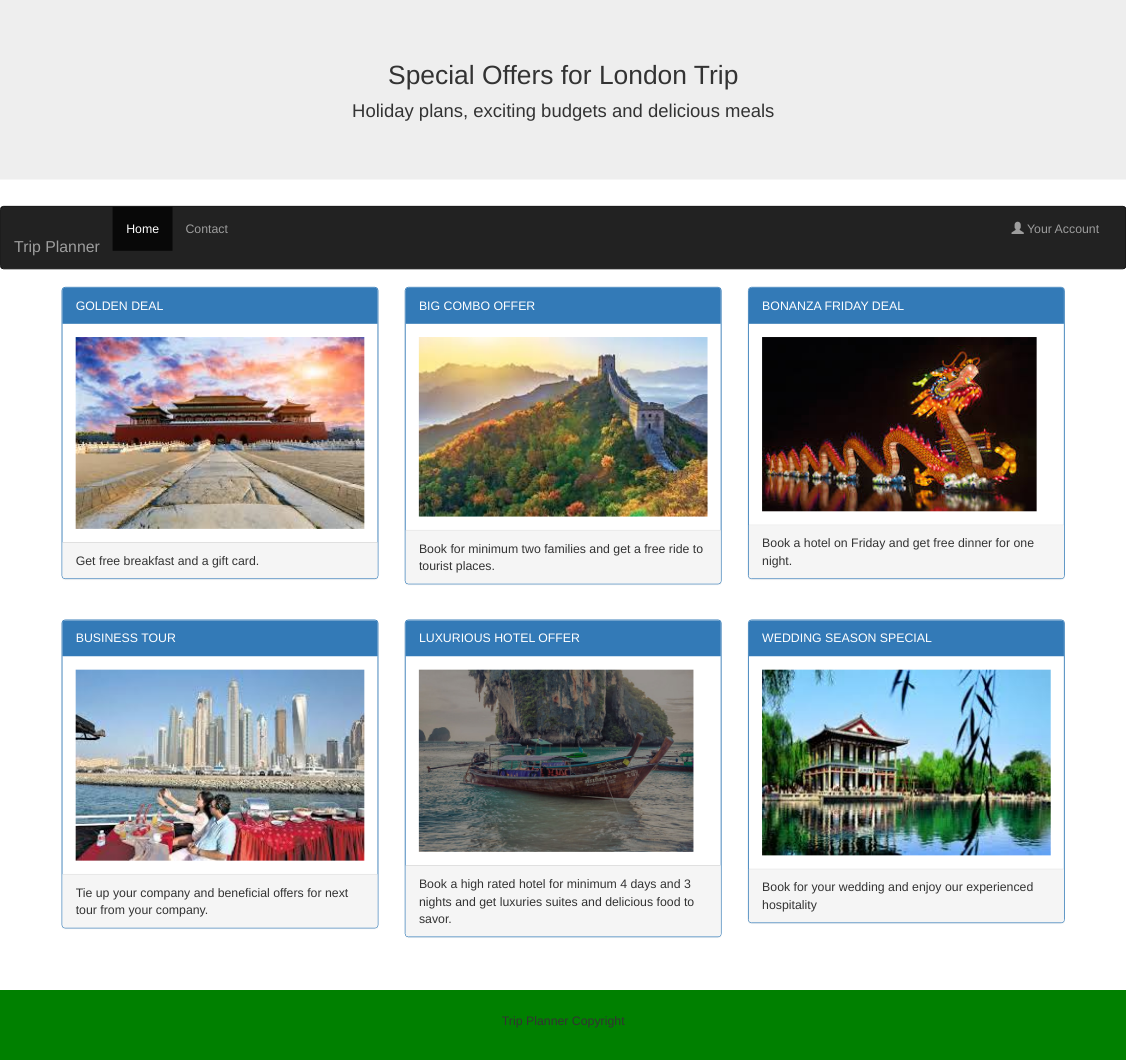
Repository: NanSin21/Mytourism-Website
Page: http://localhost/toursandtravelsmanagement/TripPlaces/CustomerChina.jsp
These files come from the project's save history. The page is drawn as it stood at one moment and after the next save; the edit follows.
The browser window is 1280 px wide. The pictures show the whole page, at 88% of full size.
The page is served by Tomcat 9. Other server files are loaded and not shown.

Above is the page before, as saved 2018-07-25 07:10:03.

### toursandtravelsmanagement/WebContent/TripPlaces/CustomerChina.jsp
<%@ page language="java" contentType="text/html; charset=ISO-8859-1"
    pageEncoding="ISO-8859-1"%>
<!DOCTYPE html PUBLIC "-//W3C//DTD HTML 4.01 Transitional//EN" "http://www.w3.org/TR/html4/loose.dtd">
<html>
<head>
<meta http-equiv="Content-Type" content="text/html; charset=ISO-8859-1">
<title>China Trip Package</title>
<!-- <meta charset="utf-8"> -->
  <meta name="viewport" content="width=device-width, initial-scale=1">
  <link rel="stylesheet" href="https://maxcdn.bootstrapcdn.com/bootstrap/3.3.7/css/bootstrap.min.css">
  <script src="https://ajax.googleapis.com/ajax/libs/jquery/3.3.1/jquery.min.js"></script>
  <script src="https://maxcdn.bootstrapcdn.com/bootstrap/3.3.7/js/bootstrap.min.js"></script>
  <style>
  .navbar{
  margin-nottom= 50px;
  border-radius= 0;
  }
  .jumbotron{
   margin-bottom= 0;
   }
   footer{
   background: green;
   padding: 25px;
   }
   </style>
</head>
<body>

<div class="jumbotron">
  <div class="container text-center">
   <h2>Special Offers for London Trip</h2>
     <p>Holiday plans, exciting budgets and delicious meals</p>
  </div>
</div>

<nav class="navbar navbar-inverse">
  <div class="container-fluid">
      <div class="navbar-header">
        <button type="button" class="navbar-toggle" data-toggle="collapse" data-target="#myNavbar">
        <span class="icon-bar"></span>
        <span class="icon-bar"></span>
        <span class="icon-bar"></span>
        </button>
        <h1><a class="navbar-brand" href="CustomerHome.jsp">Trip Planner</a></h1>
      </div>
      <div class="collapse navbar-collapse" id="myNavbar">
      <ul class="nav navbar-nav">
        <li class="active"><a href="TripPlaces/CustomerLondon.jsp">Home</a></li>
       <!--  <li><a href="registration.jsp">Register</a></li>
        <li><a href="login.jsp">Login</a></li> -->
        <li><a href="contact.jsp">Contact</a></li>
      </ul>
      <ul class="nav navbar-nav navbar-right">
        <li><a href="profile.jsp"><span class="glyphicon glyphicon-user"></span> Your Account</a></li>
       <!--  <li><a href="budget.html">Budget Details</a></li> -->
      <!--   <li><a href="#"><span class="glyphicon glyphicon-shopping-cart"></span> Cart</a></li> -->
      </ul>
    </div>
  </div>
</nav>


   <div class="container">
  <div class="row">
    <div class="col-sm-4">
      <div class="panel panel-primary">
        <div class="panel-heading">GOLDEN DEAL</div>
        <div class="panel-body"><img src="images/download.jpeg" class="img-responsive" style="width:100%" alt="Image"></div>
        <div class="panel-footer">Get free breakfast and a gift card.</div>
      </div>
    </div>
    <div class="col-sm-4">
      <div class="panel panel-primary">
        <div class="panel-heading">BIG COMBO OFFER</div>
        <div class="panel-body"><img src="images/download (1).jpeg" class="img-responsive" style="width:100%" alt="Image"></div>
        <div class="panel-footer">Book for minimum two families and get a free ride to tourist places.</div>
      </div>
    </div>
    <div class="col-sm-4">
      <div class="panel panel-primary">
        <div class="panel-heading">BONANZA FRIDAY DEAL</div>
        <div class="panel-body"><img src="images/download (2).jpeg" class="img-responsive" style="width:95%" alt="Image"></div>
        <div class="panel-footer">Book a hotel on Friday and get free dinner for one night.</div>
      </div>
    </div>
  </div>
</div><br>

<div class="container">
  <div class="row">
    <div class="col-sm-4">
      <div class="panel panel-primary">
        <div class="panel-heading">BUSINESS TOUR</div>
        <div class="panel-body"><img src="images/restaurant.jpeg" class="img-responsive" style="width:100%" alt="Image"></div>
        <div class="panel-footer">Tie up your company and beneficial offers for next tour from your company.</div>
      </div>
    </div>
    <div class="col-sm-4">
      <div class="panel panel-primary">
        <div class="panel-heading">LUXURIOUS HOTEL OFFER</div>
        <div class="panel-body"><img src="images/2.jpg" class="img-responsive" style="width:95%" alt="Image"></div>
        <div class="panel-footer">Book a high rated hotel for minimum 4 days and 3 nights and get luxuries suites and delicious food to savor.</div>
      </div>
    </div>
    <div class="col-sm-4">
      <div class="panel panel-primary">
        <div class="panel-heading">WEDDING SEASON SPECIAL</div>
        <div class="panel-body"><img src="images/resort.jpeg" class="img-responsive" style="width:100%" alt="Image"></div>
        <div class="panel-footer">Book for your wedding and enjoy our experienced hospitality</div>
      </div>
    </div>
  </div>
</div><br><br>

<footer class="container-fluid text-center">
  <p>Trip Planner Copyright</p>
 <!--  <form action="LoginServlet" method="post" class="form-inline">Get deals:
    <input type="email" class="form-control" size="50" name="email" placeholder="Email Address">
     <input type="password" placeholder="Enter Password" name="password" required>
    <button type="submit" class="btn btn-danger">Sign Up</button>
  </form> -->
</footer>
</body>
</html>

After the next save:
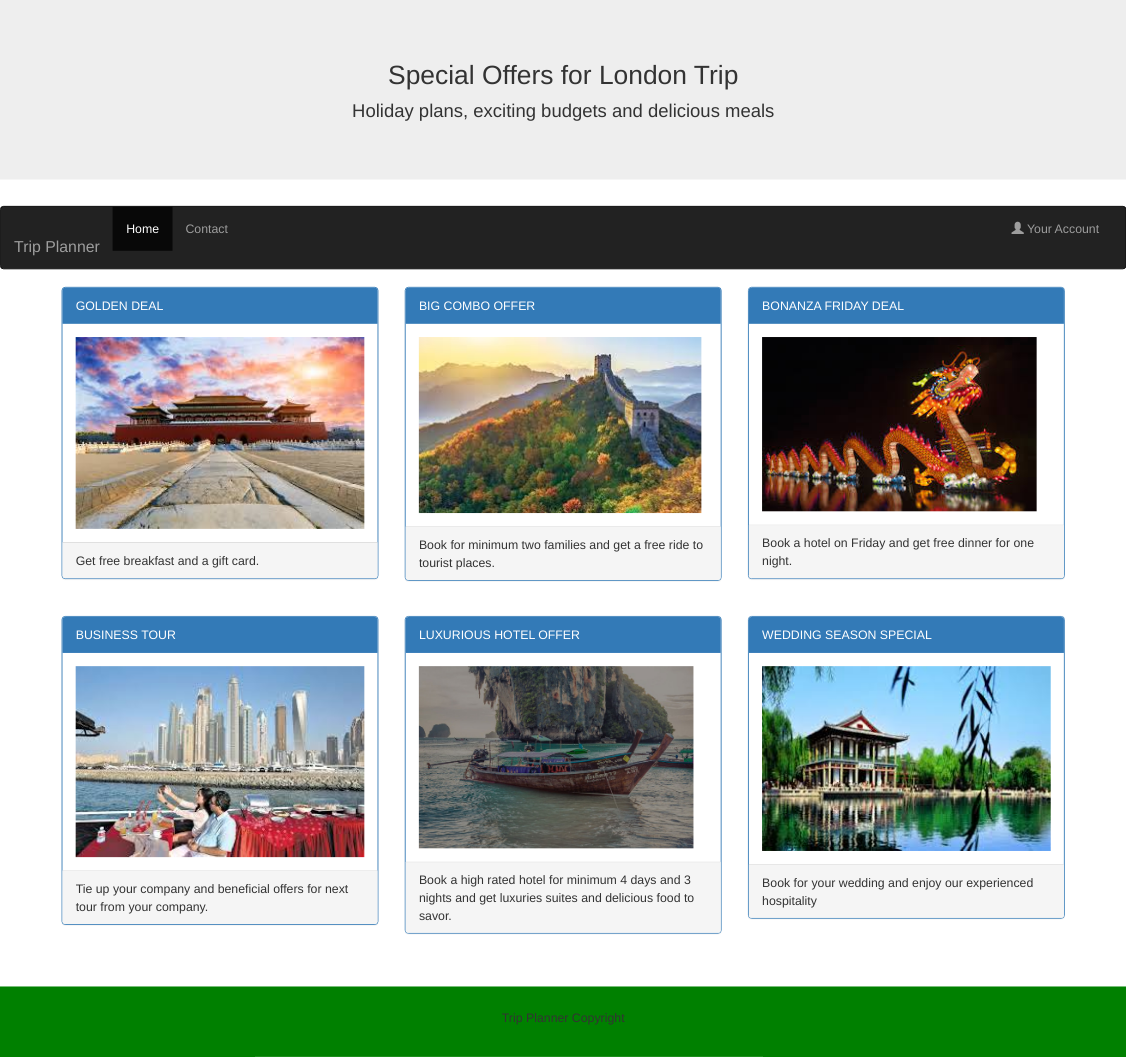
Saved 11 s later.
--- a/toursandtravelsmanagement/WebContent/TripPlaces/CustomerChina.jsp
+++ b/toursandtravelsmanagement/WebContent/TripPlaces/CustomerChina.jsp
@@ -72,7 +72,7 @@
     <div class="col-sm-4">
       <div class="panel panel-primary">
         <div class="panel-heading">BIG COMBO OFFER</div>
-        <div class="panel-body"><img src="images/download (1).jpeg" class="img-responsive" style="width:100%" alt="Image"></div>
+        <div class="panel-body"><img src="images/download (1).jpeg" class="img-responsive" style="width:98%" alt="Image"></div>
         <div class="panel-footer">Book for minimum two families and get a free ride to tourist places.</div>
       </div>
     </div>
